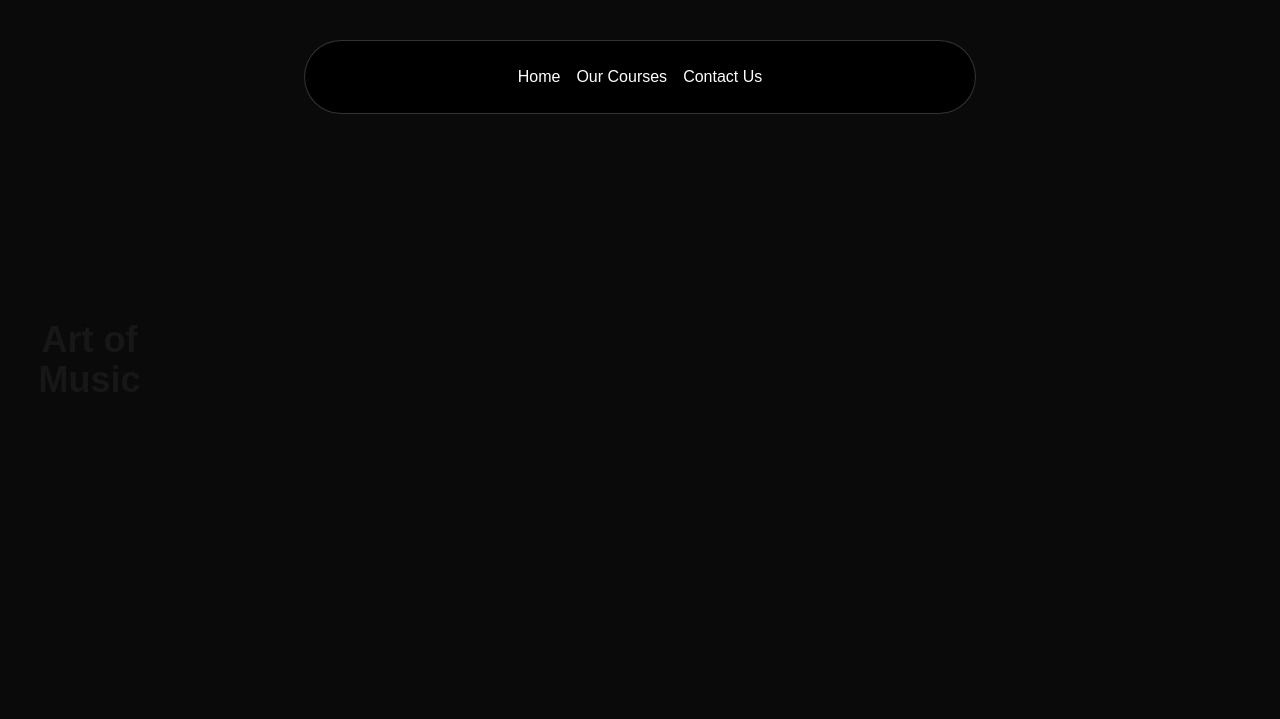
Repository: Strong02coder/Art_of_Music-Next.Js-
Page: /
An editor plug-in stored every save of this project. The page is shown before and after a run of saves, followed by the edit.
The browser window is 1280 px wide. The pictures show the whole page.
The project was rebuilt for these pictures with package versions that can differ from the ones it lists, and the page was loaded fresh each time. The framework's server and built-in components were replaced by stand-ins that run in the browser. Also part of the build but not shown: next.config.ts.

Above is the page before, as saved 2025-01-30 21:21:31.

### src/app/layout.tsx
import type { Metadata } from "next";
import { Geist, Geist_Mono } from "next/font/google";
import "./globals.css";
import Navbar from "@/components/Navbar";

const geistSans = Geist({
  variable: "--font-geist-sans",
  subsets: ["latin"],
});

const geistMono = Geist_Mono({
  variable: "--font-geist-mono",
  subsets: ["latin"],
});

export const metadata: Metadata = {
  title: "Create Next App",
  description: "Generated by create next app",
};

export default function RootLayout({
  children,
}: Readonly<{
  children: React.ReactNode;
}>) {
  return (
    <html lang="en" className="dark">
      <body className={`${geistSans.variable} ${geistMono.variable} antialiased {inter.className}`}>
				<div className="relative w-full flex itmes-center justify-center">
					<Navbar />
				</div>
        {children}
      </body>
    </html>
  );
}

### src/app/page.tsx
import HeroSection from '@/components/HeroSection';

export default function Home() {
  return (
		<main className="min-h-screen bg-black/[0.96] antialiased bg-grid-white/[0.02] flex items-center justify-center">
			<h1 className="text-4xl font-bold text-center">Art of Music</h1>
			<HeroSection />
		</main>
  );
}

### src/components/Navbar.tsx
"use client";

import React, { useState } from "react";
import { HoveredLink, Menu, MenuItem } from "./ui/navbar-menu";
import { cn } from "@/utils/cn";
import Link from "next/link";

const Navbar = ({ className }: { className?: string }) => {
	const [active, setActive] = useState<string | null>(null);
	return (
		// Container div for the navbar
		<div className={cn("fixed top-10 inset-x-0 max-w-2xl mx-auto z-50", className)}>
			{/* Menu component with links */}
			<Menu setActive={setActive}>
				<Link href={"/"}>
				  {/* MenuItem component for the Home link */}
				  <MenuItem setActive={setActive} active={active} item={"Home"}>
					  Test
					</MenuItem>
				</Link>
				{/* MenuItem component for the Our Courses link */}
				<MenuItem setActive={setActive} active={active} item={"Our Courses"}>
				  <div className="flex flex-col space-y-4 text-sm justify-space-evenly">
						{/* HoveredLink components for the course links */}
						<HoveredLink href="courses">All Courses</HoveredLink>
						<HoveredLink href="courses">Basic Music Theory</HoveredLink>
						<HoveredLink href="courses">Advanced Composition</HoveredLink>
						<HoveredLink href="courses">Song Writing</HoveredLink>
						<HoveredLink href="courses">Music Production</HoveredLink>
					</div>
				</MenuItem>
				<Link href={"/contact"}>
				  <MenuItem setActive={setActive} active={active} item={"Contact Us"}>
					</MenuItem>
				</Link>
			</Menu>
		</div>
	)
}

export default Navbar

### src/components/HeroSection.tsx
import React from 'react'

const HeroSection = () => {
	return (
		<div className="h-auto md:h-[40rem] w-full rounded-md flex flex-col items">

		</div>
	)
}

export default HeroSection

### src/components/ui/navbar-menu.tsx
"use client";
import React from "react";
import { motion } from "framer-motion";
import Link from "next/link";
import Image from "next/image";

const transition = {
  type: "spring",
  mass: 0.5,
  damping: 11.5,
  stiffness: 100,
  restDelta: 0.001,
  restSpeed: 0.001,
};

export const MenuItem = ({
  setActive,
  active,
  item,
  children,
}: {
  setActive: (item: string) => void;
  active: string | null;
  item: string;
  children?: React.ReactNode;
}) => {
  return (
    <div onMouseEnter={() => setActive(item)} className="relative ">
      <motion.p
        transition={{ duration: 0.3 }}
        className="cursor-pointer text-black hover:opacity-[0.9] dark:text-white"
      >
        {item}
      </motion.p>
      {active !== null && (
        <motion.div
          initial={{ opacity: 0, scale: 0.85, y: 10 }}
          animate={{ opacity: 1, scale: 1, y: 0 }}
          transition={transition}
        >
          {active === item && children && (
            <div className="absolute top-[calc(100%_+_1.2rem)] left-1/2 transform -translate-x-1/2 pt-4">
              <motion.div
                transition={transition}
                layoutId="active" // layoutId ensures smooth animation
                className="bg-white dark:bg-black backdrop-blur-sm rounded-2xl overflow-hidden border border-black/[0.2] dark:border-white/[0.2] shadow-xl"
              >
                <motion.div
                  layout // layout ensures smooth animation
                  className="w-max h-full p-4"
                >
                  {children}
                </motion.div>
              </motion.div>
            </div>
          )}
        </motion.div>
      )}
    </div>
  );
};

export const Menu = ({
  setActive,
  children,
}: {
  setActive: (item: string | null) => void;
  children: React.ReactNode;
}) => {
  return (
    <nav
      onMouseLeave={() => setActive(null)} // resets the state
      className="relative rounded-full border border-transparent dark:bg-black dark:border-white/[0.2] bg-white shadow-input flex justify-center space-x-4 px-8 py-6 "
    >
      {children}
    </nav>
  );
};

export const ProductItem = ({
  title,
  description,
  href,
  src,
}: {
  title: string;
  description: string;
  href: string;
  src: string;
}) => {
  return (
    <Link href={href} className="flex space-x-2">
      <Image
        src={src}
        width={140}
        height={70}
        alt={title}
        className="flex-shrink-0 rounded-md shadow-2xl"
      />
      <div>
        <h4 className="text-xl font-bold mb-1 text-black dark:text-white">
          {title}
        </h4>
        <p className="text-neutral-700 text-sm max-w-[10rem] dark:text-neutral-300">
          {description}
        </p>
      </div>
    </Link>
  );
};

import { LinkProps } from "next/link";

interface HoveredLinkProps extends LinkProps {
  children: React.ReactNode;
}

export const HoveredLink = ({ children, ...rest }: HoveredLinkProps) => {
  return (
    <Link
      {...rest}
      className="text-neutral-800 dark:text-neutral-200 hover:text-black "
    >
      {children}
    </Link>
  );
};

### tailwind.config.ts
import type { Config } from "tailwindcss";

export default {
  content: [
    "./src/pages/**/*.{js,ts,jsx,tsx,mdx}",
    "./src/components/**/*.{js,ts,jsx,tsx,mdx}",
    "./src/app/**/*.{js,ts,jsx,tsx,mdx}",
  ],
	darkMode: "class",
  theme: {
    extend: {
      colors: {
        background: "var(--background)",
        foreground: "var(--foreground)",
      },
    },
  },
  plugins: [],
} satisfies Config;

Loaded but not shown: src/app/globals.css (common file); src/utils/cn.ts (common file)

After the next 5 saves:
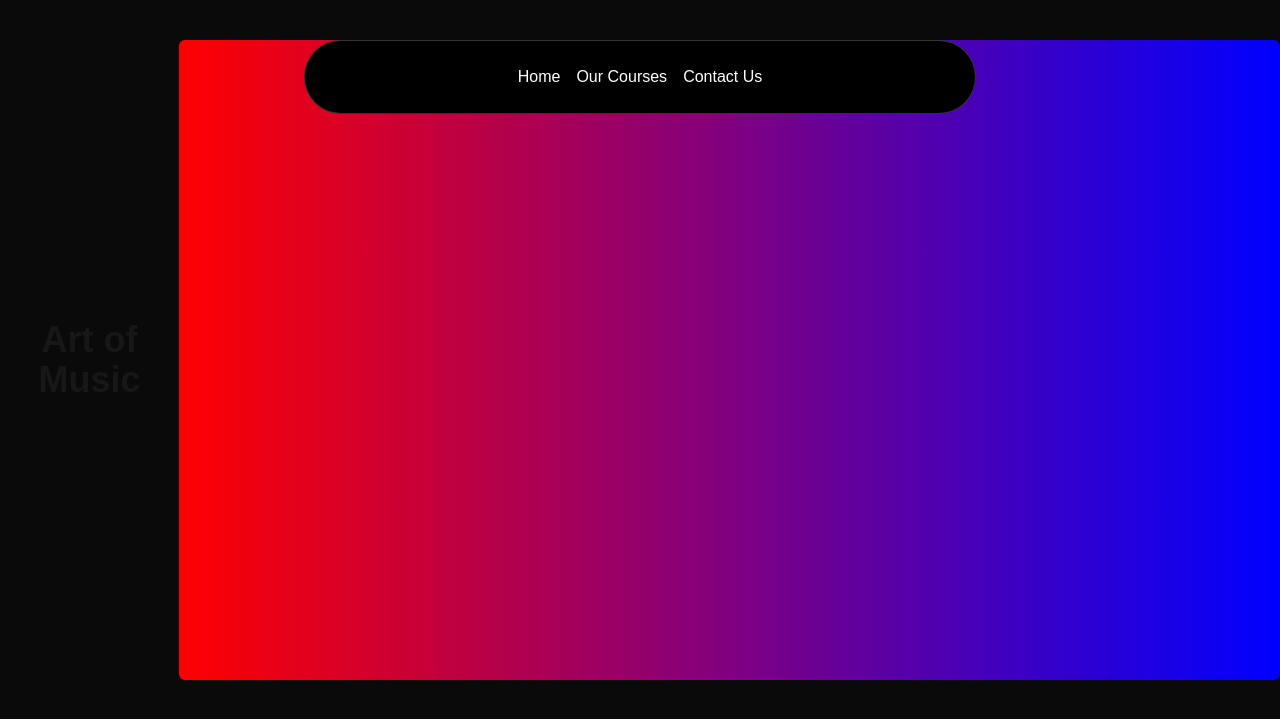
The 5 saves are shown as one change because they came seconds apart.
The last was saved 14 s later.
--- a/src/components/HeroSection.tsx
+++ b/src/components/HeroSection.tsx
@@ -2,7 +2,7 @@
 
 const HeroSection = () => {
 	return (
-		<div className="h-auto md:h-[40rem] w-full rounded-md flex flex-col items">
+		<div className="h-auto md:h-[40rem] w-full rounded-md flex flex-col items-center justify-center bg-gradient-to-r from-[#ff0000] to-[#0000ff]">
 
 		</div>
 	)

After the save that followed:
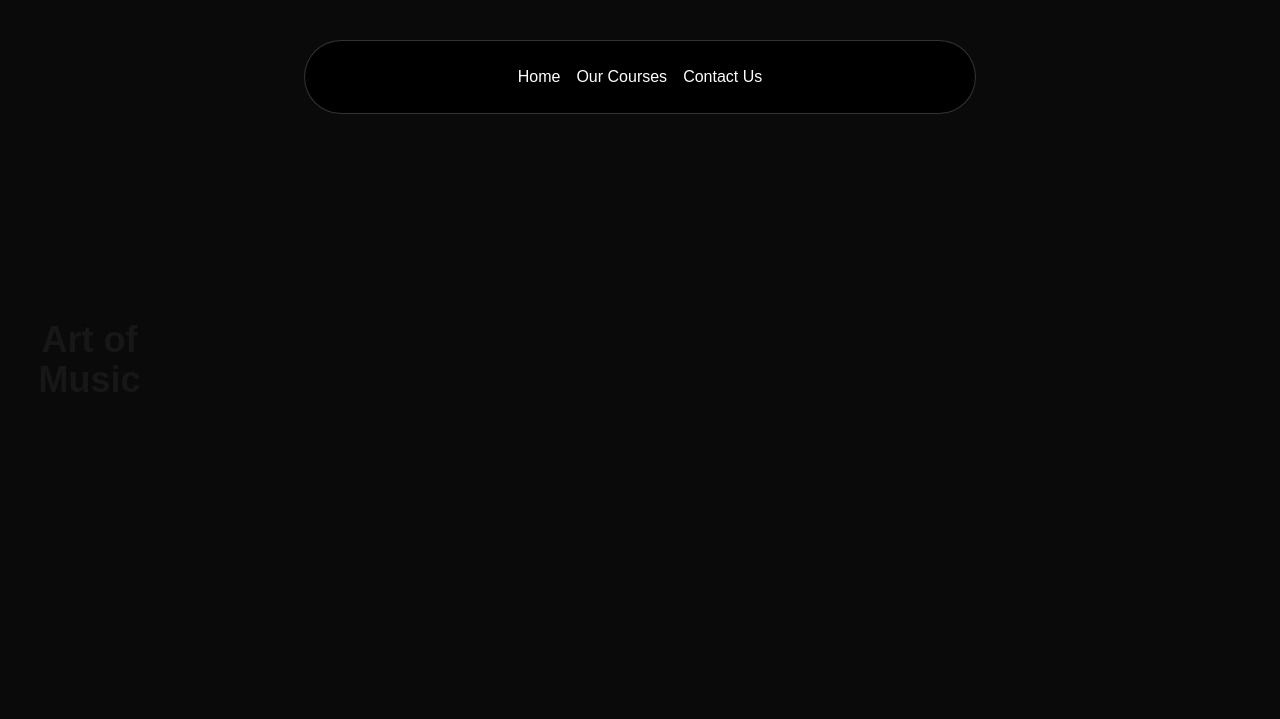
Saved 5 s later.
--- a/src/components/HeroSection.tsx
+++ b/src/components/HeroSection.tsx
@@ -2,7 +2,7 @@
 
 const HeroSection = () => {
 	return (
-		<div className="h-auto md:h-[40rem] w-full rounded-md flex flex-col items-center justify-center bg-gradient-to-r from-[#ff0000] to-[#0000ff]">
+		<div className="h-auto md:h-[40rem] w-full rounded-md flex flex-col items-center justify-center ">
 
 		</div>
 	)
